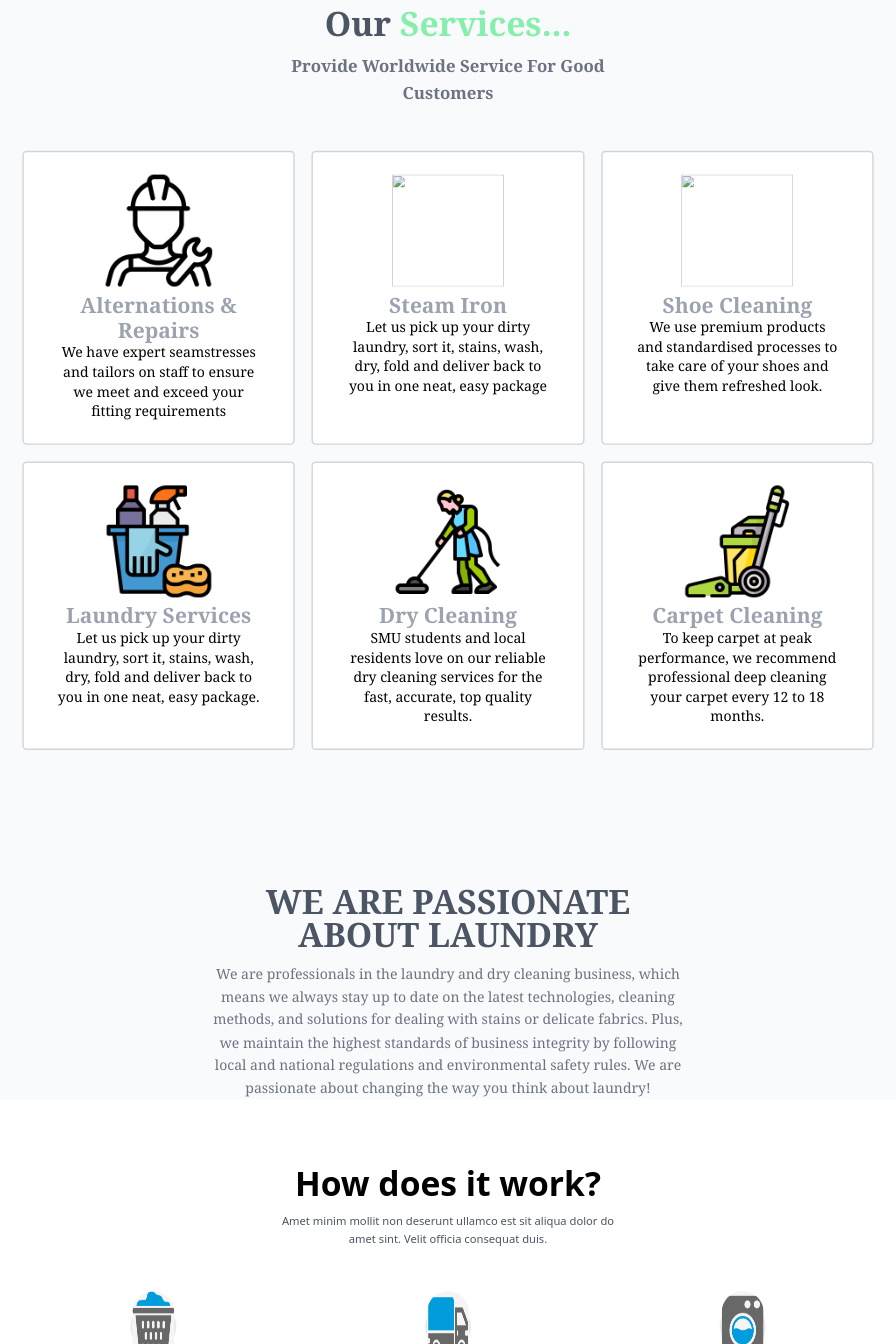
Repository: remydev47/smartlaundry
Page: /
An editor plug-in stored every save of this project. The page is shown before and after the next save, followed by the edit.
The browser window is 1280 px wide. The pictures show the part of the page from y = 1178 to 3098 px (the page is 3653 px tall before and 3493 px after), at 70% of full size.
The project was rebuilt for these pictures with package versions that can differ from the ones it lists, and the page was loaded fresh each time. The framework's server and built-in components were replaced by stand-ins that run in the browser. Also part of the build but not shown: next.config.js, components/Prices.tsx, components/Banner.tsx, components/Reasons.tsx, components/Testimonial.tsx, components/Pricing.tsx, components/Footer.tsx.

Above is the page before, as saved 2022-10-24 15:57:45.

After the next save:
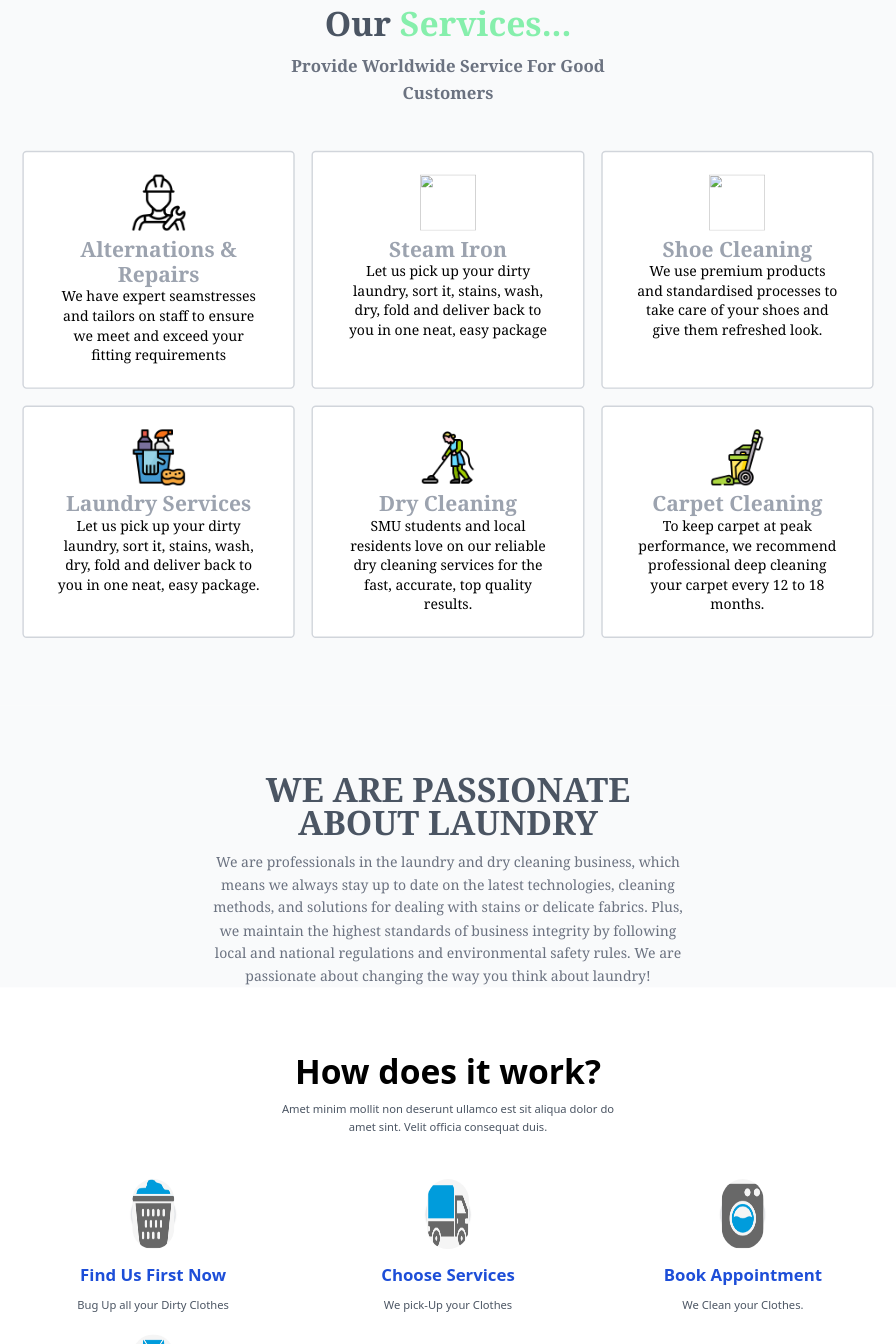
Saved 13 s later.
--- a/components/Services.tsx
+++ b/components/Services.tsx
@@ -51,7 +51,7 @@ const Services = () => {
              <div>
               <img
                src={item.image}
-               className="h-40 w-40"
+               className="h-20 w-20"
              />
              </div>
              <h2 className='font-bold font-serif text-3xl text-gray-400 text-center mt-2'>
